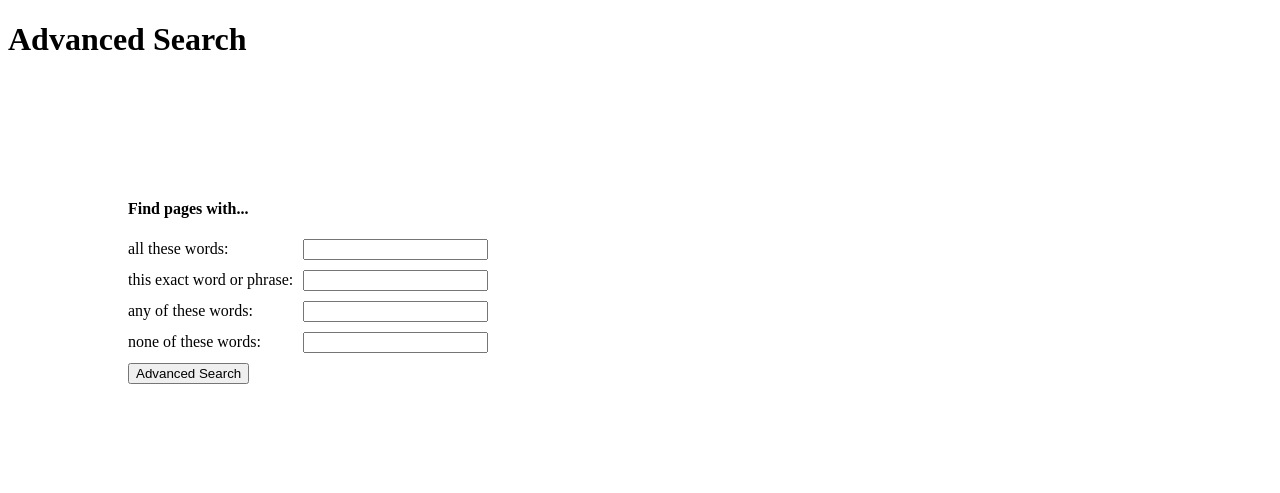
Repository: etentuk/search
Page: advanced_search.html
An editor plug-in stored every save of this project. The page is shown before and after the next save, followed by the edit.
The browser window is 1280 px wide. The pictures show the whole page.

Above is the page before, as saved 2021-11-04 20:58:33.

### advanced_search.html
<!DOCTYPE html>
<html lang="en">

<head>
    <title>Advanced Search</title>
    <link rel="stylesheet" href="styles.css">
</head>

<body>
    <header>
        <h1>Advanced Search</h1>
    </header>
    <div class="contentContainer">
        <h4>Find pages with...</h4>
        <form action="https://google.com/search" class="form-example">
            <div style="display: table-row;">
                <div class="form-example">
                    <label for="as_q">all these words: </label>
                    <input type="text" id="as_q" name="as_q">
                </div>
                <div class="form-example">
                    <label for="as_epq">this exact word or phrase: </label>
                    <input type="text" id="as_epq" name="as_epq">
                </div>
                <div class="form-example">
                    <label for="as_oq">any of these words: </label>
                    <input type="text" id="as_oq" name="as_oq">
                </div>
                <div class="form-example">
                    <label for="as_eq">none of these words: </label>
                    <input type="text" id="as_eq" name="as_eq">
                </div>
            </div>
            <input type="submit" value="Advanced Search">
        </form>
    </div>
</body>

</html>

### styles.css
form.form-example {
  display: table;
}

div.form-example {
  display: table-row;
}

label,
input {
  display: table-cell;
  margin-bottom: 10px;
}

label {
  padding-right: 10px;
}

div.contentContainer {


  padding: 60px;
  margin: 60px;
}

After the next save:
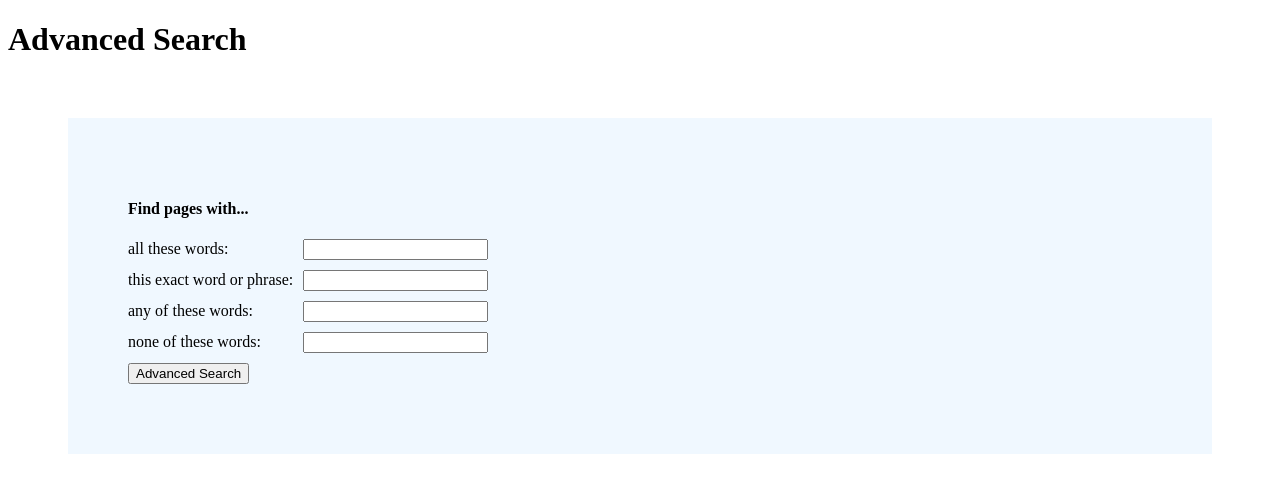
Saved 6 s later.
--- a/styles.css
+++ b/styles.css
@@ -17,8 +17,7 @@ label {
 }
 
 div.contentContainer {
-
-
+  background-color: aliceblue;
   padding: 60px;
   margin: 60px;
 }
